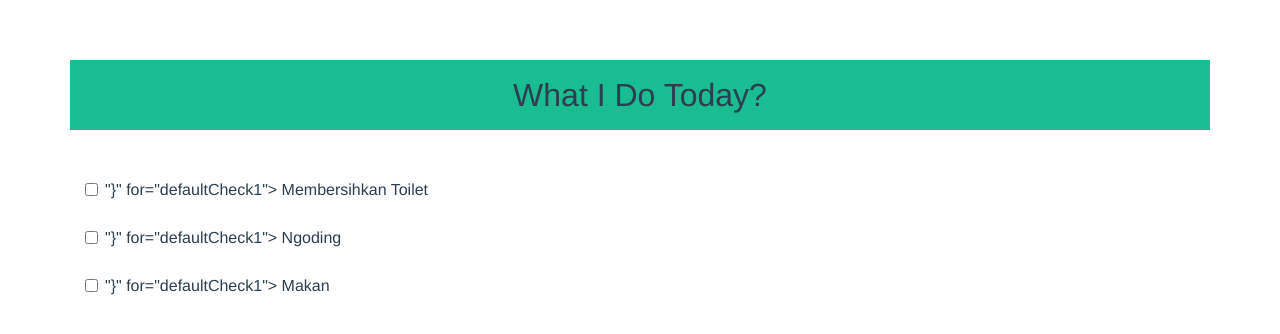
Repository: AdiPrimanto/praxis-academy
Page: / (app in novice/03-05/todolist/)
The author's editor kept a copy of each file at every save. The page is drawn from the files as they stood at one save, then again after a run of saves.
The browser window is 1280 px wide. The pictures show the whole page.
The project was rebuilt for these pictures with package versions that can differ from the ones it lists, and the page was loaded fresh each time.

Above is the page before, as saved 2019-11-29 15:07:57.

### novice/03-05/todolist/src/App.vue
<template>
  <div id="app">
    <div class="container">
      <div class="row header mb-5 p-3">
        <div class="col-12">
          <h2>What I Do Today? </h2>
        </div>
      </div>
      <div class="row content">
        <div class="col-12">
          <div class="pekerjaan-rumah">
            <div class="row">
              <div v-for="tugasSaya in tugas" v-bind:key="tugasSaya.id" class="mb-4 tugas col-lg-12 text-left">
                <div class="form-check">
                  <input class="form-check-input" onclick="" type="checkbox" value="" id="defaultCheck1">
                  <label class="form-check-label item" v-bind:class="{"item-completed:tugasSaya"}" for="defaultCheck1">
                    {{tugasSaya.nama}}
                  </label>
                </div>
              </div>
            </div>
          </div>
        </div>
      </div>
    </div>


  </div>
</template>

<script>
  import 'bootstrap/dist/css/bootstrap.css'

  export default {
    name: 'app',
    //membuat data json
    //v-for dilakukan jk memiliki array di dalam data:
    data: function () {
      return {
        tugas: [{
            id: 1,
            nama: 'Membersihkan Toilet',
            isDone: false
          },
          {
            id: 2,
            nama: 'Ngoding',
            isDone: false
          },
          {
            id: 3,
            nama: 'Makan',
            isDone: false
          }
        ]
      };
    },
    components: {

    }
  }
</script>

<style>
  #app {
    font-family: 'Avenir', Helvetica, Arial, sans-serif;
    -webkit-font-smoothing: antialiased;
    -moz-osx-font-smoothing: grayscale;
    text-align: center;
    color: #2c3e50;
    margin-top: 60px;
  }

  .header {
    background: #1abc91;
  }

  .header h2 {
    margin: 0;
  }
  .tugas .item{
    font-size: 20px;
  }
  .item-completed{
    color: #1abc9c;

  }
</style>

Loaded but not shown: novice/03-05/todolist/public/index.html (common file); novice/03-05/todolist/src/main.js (common file)

After the next 2 saves:
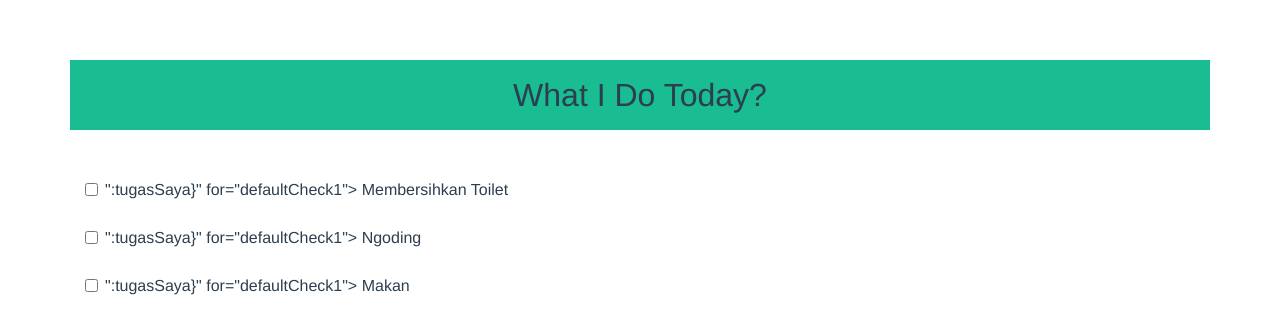
The 2 saves are shown as one change because they came seconds apart.
The last was saved 7 s later.
--- a/novice/03-05/todolist/src/App.vue
+++ b/novice/03-05/todolist/src/App.vue
@@ -13,7 +13,7 @@
               <div v-for="tugasSaya in tugas" v-bind:key="tugasSaya.id" class="mb-4 tugas col-lg-12 text-left">
                 <div class="form-check">
                   <input class="form-check-input" onclick="" type="checkbox" value="" id="defaultCheck1">
-                  <label class="form-check-label item" v-bind:class="{"item-completed:tugasSaya"}" for="defaultCheck1">
+                  <label class="form-check-label item" v-bind:class="{"item-completed":tugasSaya}" for="defaultCheck1">
                     {{tugasSaya.nama}}
                   </label>
                 </div>
